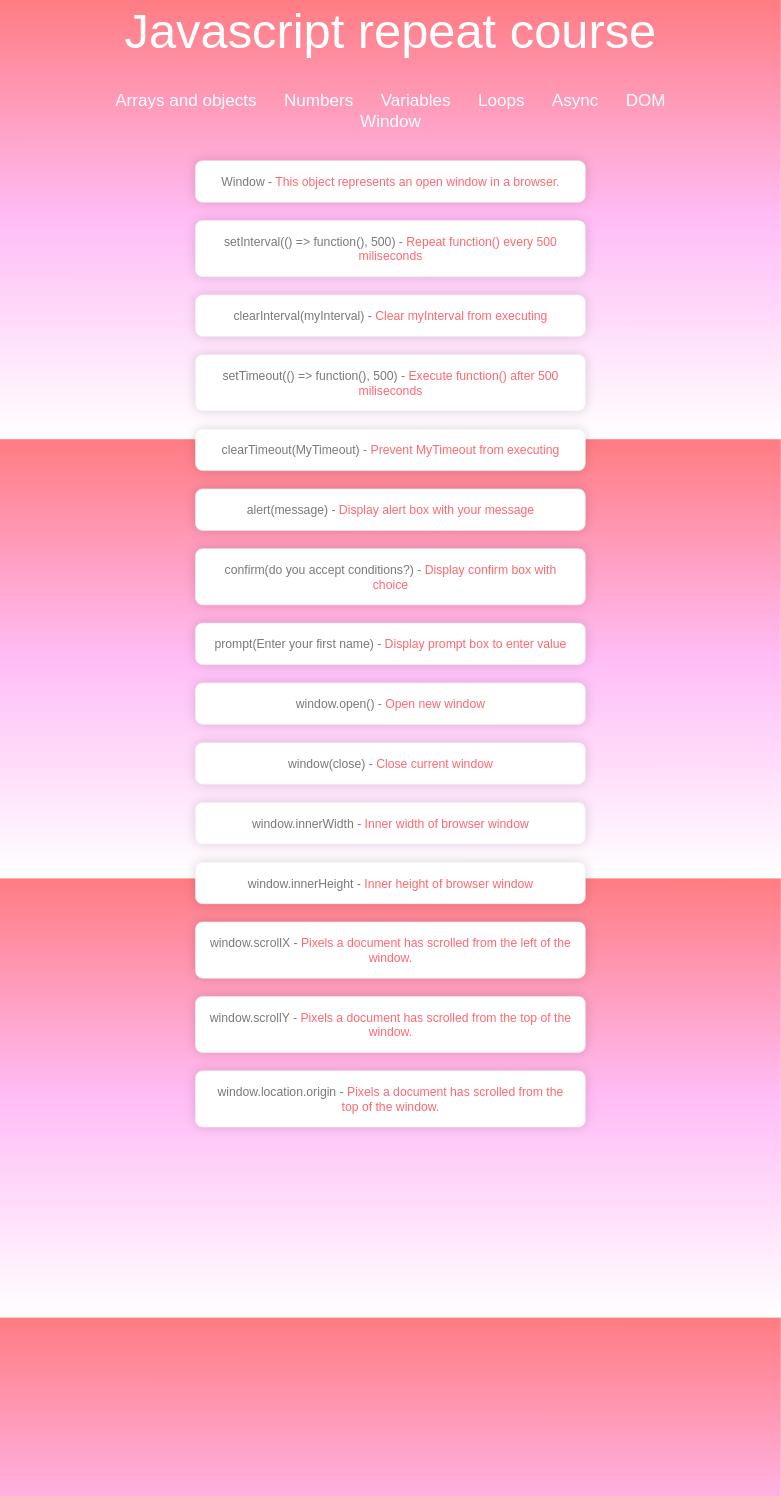
Repository: michalgornicki/javascript
Page: /#/Window
These files come from the project's save history. The page is drawn as it stood at one moment and after the next save; the edit follows.
The browser window is 1280 px wide. The pictures show the whole page, at 61% of full size.
Backgrounds fixed to the window are drawn as part of the page. The project was rebuilt for these pictures with package versions that can differ from the ones it lists, and the page was loaded fresh each time. Also part of the build but not shown: src/index.css, src/components/arrays.jsx, src/components/variables.jsx, src/components/numbers.jsx, src/components/loops.jsx, src/components/async.jsx, src/components/DOM manipulation.jsx.

Above is the page before, as saved 2022-02-01 08:29:55.

### src/App.jsx
import React from "react";
import "./App.css";
import "bootstrap/dist/css/bootstrap.min.css";
import { Route, HashRouter as Router, Routes, Link } from "react-router-dom";
import Arrays from "./components/arrays.jsx"
import Variables from "./components/variables.jsx"
import Numbers from "./components/numbers.jsx"
import Loops from "./components/loops.jsx"
import Async from "./components/async.jsx"
import DOM from "./components/DOM manipulation.jsx"
import Window from "./components/window.jsx"

function App() {


  return (
    <Router>
    <div className="text-center">
      <div className="display-1 mt-1 mb-5 text-white">Javascript repeat course</div>

      <div className="h3 d-flex w-75 m-auto my-5 justify-content-evenly flex-wrap text-white">

      <Link className="link-style mx-3" to="/">Arrays and objects</Link>
      <Link className="link-style mx-3" to="/Numbers">Numbers</Link>
      <Link className="link-style mx-3" to="/Variables">Variables</Link>
      <Link className="link-style mx-3" to="/Loops">Loops</Link>
      <Link className="link-style mx-3" to="/Async">Async</Link>
      <Link className="link-style mx-3" to="/DOM">DOM</Link>
      <Link className="link-style mx-3" to="/Window">Window</Link>


      </div>

      <Routes>
          <Route path="/" element={<Arrays />} />
          <Route path="/Numbers" element={<Numbers />} />
          <Route path="/Variables" element={<Variables />} />
          <Route path="/Loops" element={<Loops />} />
          <Route path="/Async" element={<Async />} />
          <Route path="/DOM" element={<DOM />} />
          <Route path="/Window" element={<Window />} />
        </Routes>


    </div>
    </Router>
  );
}

export default App;

### src/App.css
body{
    font-family: Arial, Helvetica, sans-serif!important;
    overflow-x: hidden;
    padding-bottom: 80vh;
    height: auto;
    background: linear-gradient(0deg, rgb(255, 255, 255), rgb(255, 189, 246), rgb(255, 124, 130));
    background-attachment: fixed;
}

.js-item{
    color:rgb(121, 121, 121);
    background-color: white;
    transition: 0.2s;
    padding: 3vh;
    margin-bottom: 4vh!important;
    border: 1px solid rgb(240, 240, 240);
    width: 50%;
    margin-left: auto;
    margin-right: auto;
    box-shadow: 0px 0px 20px rgba(0, 0, 0, 0.15);
    border-radius: 0.75rem;
}

.js-item:hover{
    cursor: pointer;
    background-color: rgb(240, 240, 240);
}

.text-pink{
    color:rgb(255, 104, 112)!important;
}

.link-style{
    color: inherit;
    text-decoration: inherit;
}

.link-style:hover{
    color: rgb(255, 104, 112);
}

@media only screen and (max-device-width: 600px), (max-width: 600px) {

    .js-item{
        width: 95%;
    }

}

### src/components/window.jsx
const Window = () => {
  return (
    <div className="">
      <div className="js-item h5">
        {" "}
        <span className="">{"Window"} -</span>
        <span className="text-pink"> This object represents an open window in a browser.</span> <br />
      </div>
      <div className="js-item h5">
        {" "}
        <span className="">{"setInterval(() => function(), 500)"} -</span>
        <span className="text-pink"> Repeat function() every 500 miliseconds </span> <br />
      </div>
      <div className="js-item h5">
        {" "}
        <span className="">{"clearInterval(myInterval)"} -</span>
        <span className="text-pink"> Clear myInterval from executing </span> <br />
      </div>
      <div className="js-item h5">
        {" "}
        <span className="">{"setTimeout(() => function(), 500)"} -</span>
        <span className="text-pink"> Execute function() after 500 miliseconds </span> <br />
      </div>
      <div className="js-item h5">
        {" "}
        <span className="">{"clearTimeout(MyTimeout)"} -</span>
        <span className="text-pink"> Prevent MyTimeout from executing </span> <br />
      </div>
      <div className="js-item h5">
        {" "}
        <span className="">{"alert(message)"} -</span>
        <span className="text-pink"> Display alert box with your message </span> <br />
      </div>
      <div className="js-item h5">
        {" "}
        <span className="">{"confirm(do you accept conditions?)"} -</span>
        <span className="text-pink"> Display confirm box with choice </span> <br />
      </div>
      <div className="js-item h5">
        {" "}
        <span className="">{"prompt(Enter your first name)"} -</span>
        <span className="text-pink"> Display prompt box to enter value </span> <br />
      </div>
      <div className="js-item h5">
        {" "}
        <span className="">{"window.open()"} -</span>
        <span className="text-pink"> Open new window </span> <br />
      </div>
      <div className="js-item h5">
        {" "}
        <span className="">{"window(close)"} -</span>
        <span className="text-pink"> Close current window </span> <br />
      </div>
      <div className="js-item h5">
        {" "}
        <span className="">{"window.innerWidth"} -</span>
        <span className="text-pink"> Inner width of browser window </span> <br />
      </div>
      <div className="js-item h5">
        {" "}
        <span className="">{"window.innerHeight"} -</span>
        <span className="text-pink"> Inner height of browser window </span> <br />
      </div>
      <div className="js-item h5">
        {" "}
        <span className="">{"window.scrollX"} -</span>
        <span className="text-pink"> Pixels a document has scrolled from the left of the window.</span> <br />
      </div>
      <div className="js-item h5">
        {" "}
        <span className="">{"window.scrollY"} -</span>
        <span className="text-pink"> Pixels a document has scrolled from the top of the window. </span> <br />
      </div>
      <div className="js-item h5">
        {" "}
        <span className="">{"window.location.origin"} -</span>
        <span className="text-pink"> Pixels a document has scrolled from the top of the window. </span> <br />
      </div>
    </div>
  );
};

export default Window;

Loaded but not shown: public/index.html (common file); src/index.js (common file); src/reportWebVitals.js (common file)

After the next save:
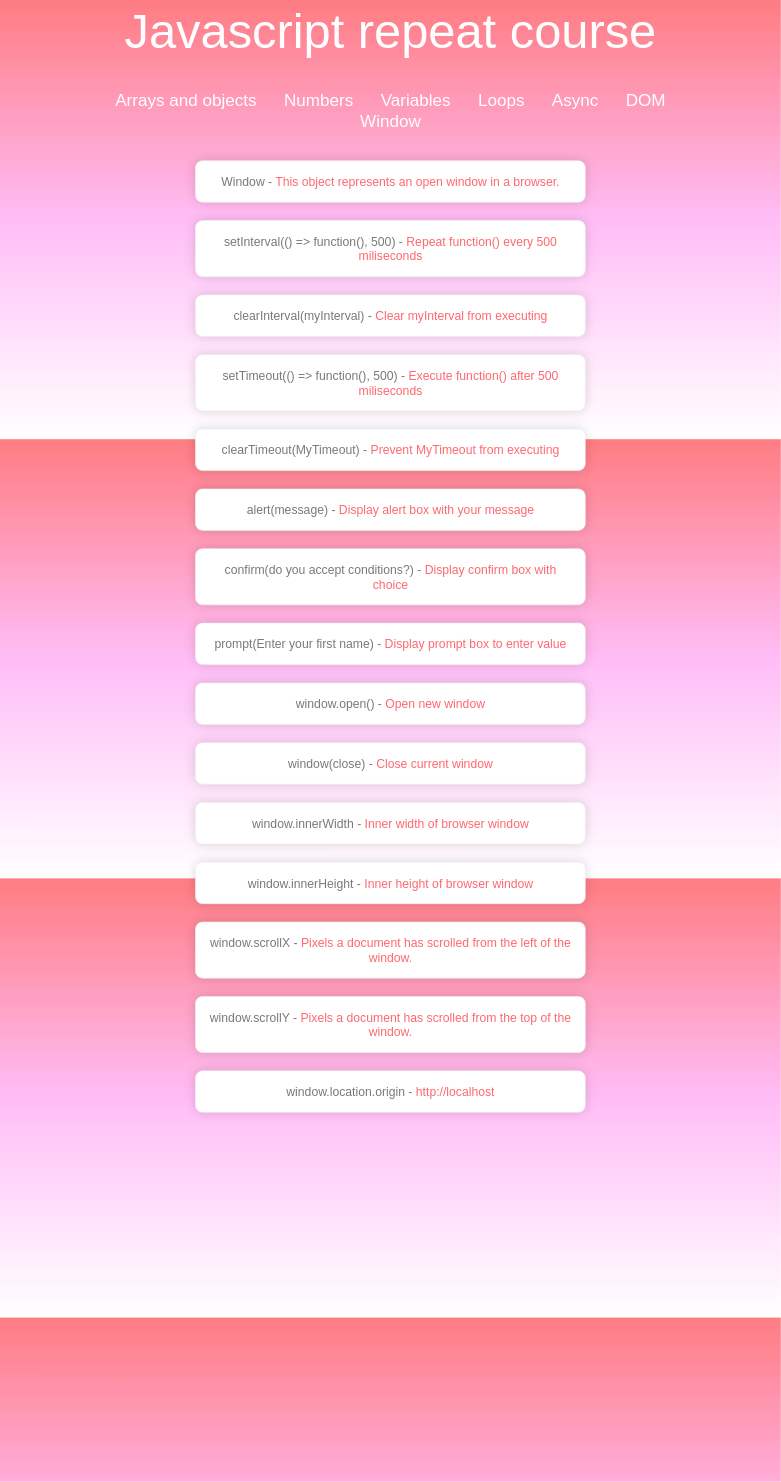
Saved 12 s later.
--- a/src/components/window.jsx
+++ b/src/components/window.jsx
@@ -74,7 +74,7 @@ const Window = () => {
       <div className="js-item h5">
         {" "}
         <span className="">{"window.location.origin"} -</span>
-        <span className="text-pink"> Pixels a document has scrolled from the top of the window. </span> <br />
+        <span className="text-pink"> {window.location.origin} </span> <br />
       </div>
     </div>
   );
